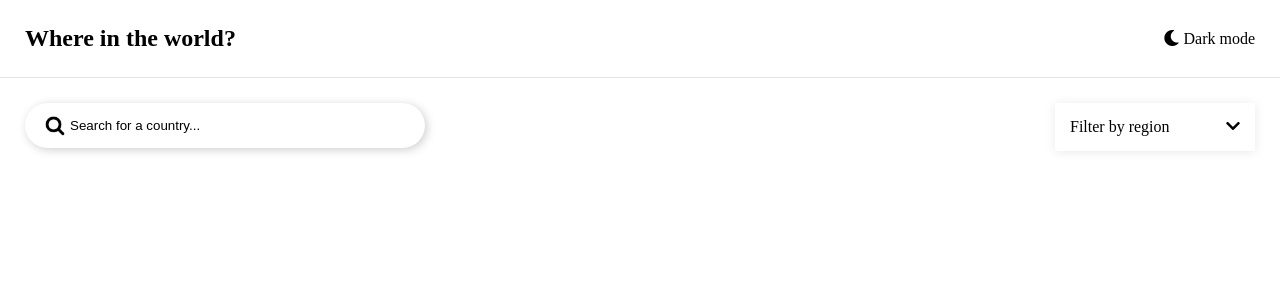
Repository: Eugene44-hub/countryProj
Page: index.html
An editor plug-in stored every save of this project. The page is shown before and after a run of saves, followed by the edit.
The browser window is 1280 px wide. The pictures show the whole page.
The page's requests for data from a server got no answer.

Above is the page before, as saved 2021-10-10 21:04:45.

### index.html
<!DOCTYPE html>
<html lang="en">

<head>
    <link rel="stylesheet" href="css/all.css">
    <link rel="stylesheet" href="style.css">
    <meta charset="UTF-8">
    <meta http-equiv="X-UA-Compatible" content="IE=edge">
    <meta name="viewport" content="width=device-width, initial-scale=1.0">
    <title>Document</title>
</head>
<div class="header-container">
    <header>
        <h2>Where in the world?</h2>
        <div class="mode"><i class="fas fa-moon"></i> Dark mode</div>
    </header>

</div>

<body>
    <div class="container">
        <div class="search-filter">
            <label for="search">
                     <input type="text" placeholder="Search for a country..." id="search">
            </label>



            <div class="select">
                <div class="default-text">Filter by region <i class="fas fa-chevron-down"></i>
                </div>
                <ul>
                    <li id="asia">Asia</li>
                    <li id='europe'>Europe</li>
                    <li id="africa">Africa</li>
                    <li id="oceania">Oceania</li>
                    <li id="america">America</li>
                </ul>
            </div>

        </div>
        <div class="country-container">

            <div class="countries">


            </div>
        </div>
    </div>

</body>

<script src="data.js"></script>
<script src="app.js"></script>
<script src="UI.js"></script>

</html>

### style.css
* {
    padding: 0;
    margin: 0;
    box-sizing: border-box;
}

.container {
    margin: 25px;
}

.countries {
    display: flex;
    flex-wrap: wrap;
    justify-content: space-between;
    margin: auto;
}

img {
    width: 100%;
    height: 150px;
    border-bottom-left-radius: 0px;
    border-bottom-right-radius: 0px;
    border-top-right-radius: 5px;
    border-top-left-radius: 5px;
}

.country {
    width: 265px;
    margin: 20px 0;
    border-radius: 10px;
}

.about-country {
    padding: 0px 20px;
    line-height: 2;
    margin-bottom: 20px;
}

h3 {
    font-size: small
}

.country {
    box-shadow: 2px 4px 15px rgb(235, 235, 235), -2px 0px 15px rgb(235, 235, 235);
}

#name {
    font-weight: bold;
    line-height: 5;
    font-size: 16px
}

span {
    font-weight: bold;
}

#population,
#region,
#capital {
    font-size: 14px;
}

header {
    display: flex;
    justify-content: space-between;
    margin: 25px;
    align-items: center;
}

.header-container {
    border-bottom: 1px solid rgb(230, 226, 226);
}

input {
    padding: 15px;
    width: 300px;
    border-radius: 50px;
}

.search-filter {
    display: flex;
    flex-wrap: wrap;
    flex: 100%;
    justify-content: space-between;
    margin: 20px 0;
}

ul {
    list-style: none;
    position: absolute;
    background-color: white;
    box-shadow: 1px 4px 10px rgb(184, 178, 178);
    display: none;
    margin: 0 0;
    border-radius: 0 0px 5px 5px;
}

@keyframes margin {
    from {
        margin: 0;
        opacity: 0;
    }
    to {
        margin: 10px 0;
        opacity: 1;
    }
}

.select:hover ul {
    display: block;
    cursor: pointer;
    animation: margin .2s;
    margin: 1px 0;
}

li:hover {
    background-color: rgb(111, 111, 247);
    color: white;
    transition: all .5s;
}

.select {
    right: 0;
    background-color: white;
    box-shadow: 0px 1px 10px rgb(235, 233, 233);
}

label[for=filter] {
    position: relative;
}

li,
.default-text {
    padding: 15px;
    position: relative;
    cursor: pointer;
    width: 200px;
}

.fa-chevron-down {
    float: right;
}

::placeholder {
    color: black;
    padding-left: 30px;
}

#search {
    background-image: url('search\ icon.png');
    background-size: 20px;
    background-repeat: no-repeat;
    background-position-y: center;
    background-position-x: 20px;
    border: none;
    outline: none;
    box-shadow: 2px 2px 10px rgb(209, 207, 207);
    width: 400px;
}

#search:focus {
    background-image: none;
}

@media screen and (max-width:720px) {
    .countries {
        justify-content: center;
    }
    .select {
        margin: 15px 0;
    }
}


/*

#europe {
    line-height: 6;
}

#africa {
    line-height: 11;
}

#oceania {
    line-height: 16;
}

#america {
    line-height: 21;
} */


/* # Front-end Style Guide

## Layout

The designs were created to the following widths:

- Mobile: 375px
- Desktop: 1440px

## Colors

### Neutral

- Dark Blue (Dark Mode Elements): hsl(209, 23%, 22%)
- Very Dark Blue (Dark Mode Background): hsl(207, 26%, 17%)
- Very Dark Blue (Light Mode Text): hsl(200, 15%, 8%)
- Dark Gray (Light Mode Input): hsl(0, 0%, 52%)
- Very Light Gray (Light Mode Background): hsl(0, 0%, 98%)
- White (Dark Mode Text & Light Mode Elements): hsl(0, 0%, 100%)

## Typography

### Body Copy

- Homepage Items: 14px
- Detail Page: 16px

### Fonts

- Family: [Nunito Sans](https://fonts.google.com/specimen/Nunito+Sans)
- Weights: 300, 600, 800

## Icons

For the icons, you can use a font icon library. Don't worry if the icons that you choose don't look exactly like they do on the design.

Some suggestions can be found below:

- [Font Awesome](https://fontawesome.com)
- [IcoMoon](https://icomoon.io)
- [Ionicons](https://ionicons.com) */


/*
com) - [IcoMoon](https: //icomoon.io)
- [Ionicons](https: //ionicons.com) */

### data.js
const url = 'https://restcountries.com/v3.1/all';

class Country {
    getCountries = async function() {
        const response = await fetch(url);
        const data = await response.json();

        return {
            data
        }
    }
}

### app.js
const country = new Country;
const search = document.querySelector('#search');
country.getCountries()
    .then(data => {
        const ui = new UI(data.data)
        ui.display();
        console.log(data.data[1].name.common)

    })

search.addEventListener('input', e => {
    UI.searchDisplay(search)
    console.log(search)
})

### UI.js
class UI {
    constructor(country) {
        this.country = country;
    }

    display() {
        let countries = document.querySelector('.countries');
        let output = '';
        let zero = 0;
        for (let i = 0; i < this.country.length; i++) {


            if (this.country[i].capital === undefined) {
                output += `
              <div class="country">
              <div class="image">
             <img src=${this.country[i].flags.png}>
              </div>
              <div class="about-country">
              <p id=name>${this.country[i].name.common}</p>
              <p id="population">Population: ${this.country[i].population}</p>
                  <p id="region">Region: ${this.country[i].region}</p>
                  <p id="capital">Capital: No capital</p>
              </div>
          </div>`
            } else {
                output += `
              <div class="country">
              <div class="image">
             <img src=${this.country[i].flags.png}>
              </div>
              <div class="about-country">
              <p id=name>${this.country[i].name.common}</p>
                  <p id="population"><span>Population</span>: ${this.country[i].population}</p>

                  <p id="region"><span>Region</span>: ${this.country[i].region}</p>

                  <p id="capital"><span>Capital</span>: ${this.country[i].capital[0]}</p>
              </div>
          </div>`
            }
        }
        countries.innerHTML = output
    }
    static searchDisplay(input) {
        if (input.value !== '') {
            input.style.backgroundImage = 'none';
        } else {
            input.style.backgroundImage = `url('search\ icon.png')`;
        }
    }
}



/*  */

Loaded but not shown: css/all.css (library)

After the next 2 saves:
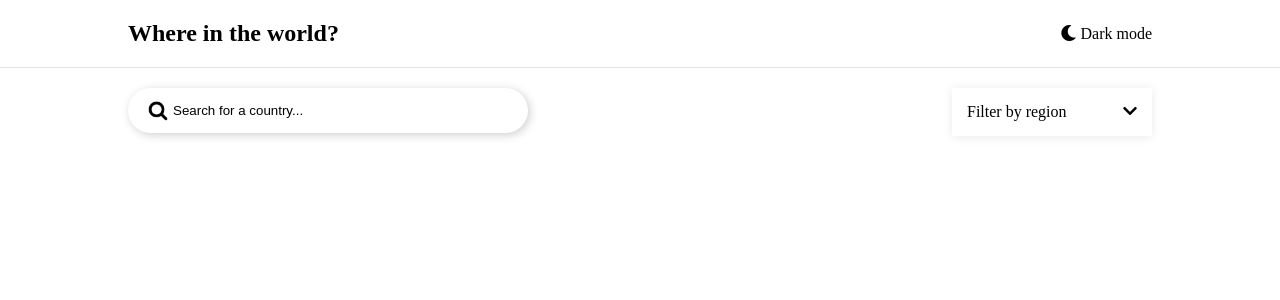
The 2 saves are shown as one change because they came seconds apart.
The last was saved 58 s later.
--- a/style.css
+++ b/style.css
@@ -5,7 +5,8 @@
 }
 
 .container {
-    margin: 25px;
+    width: 80%;
+    margin: auto;
 }
 
 .countries {
@@ -63,7 +64,8 @@ span {
 header {
     display: flex;
     justify-content: space-between;
-    margin: 25px;
+    width: 80%;
+    margin: 20px auto;
     align-items: center;
 }
 
